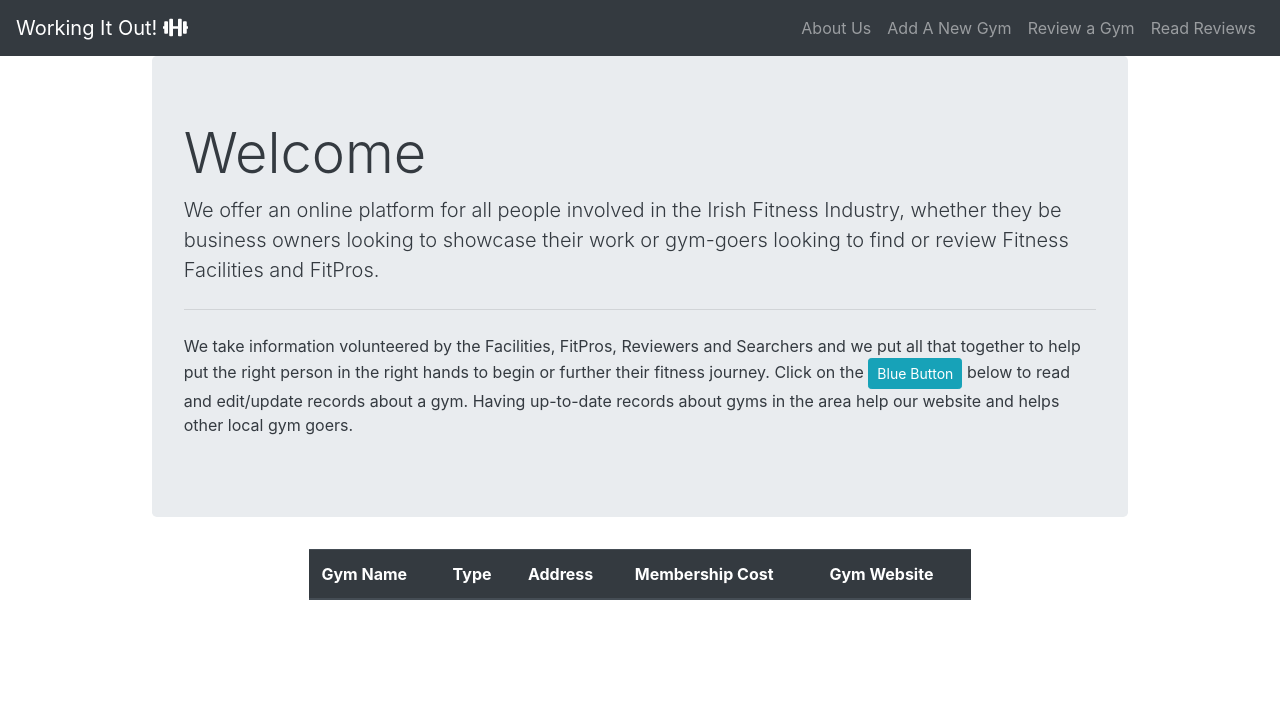
Repository: cgaynor91/Working_It_Out
Page: http://localhost/
The author's editor kept a record of every edit. The page is drawn from the files as they stood at one moment, then again after the next edit.
The browser window is 1280 px wide. The pictures show the whole page.
Some web libraries are served in a nearby version. The page is served by the project's application, run on Flask 3 (app.py). Queries for data that is not in the repository find no rows.

Above is the page before.

After the next edit:
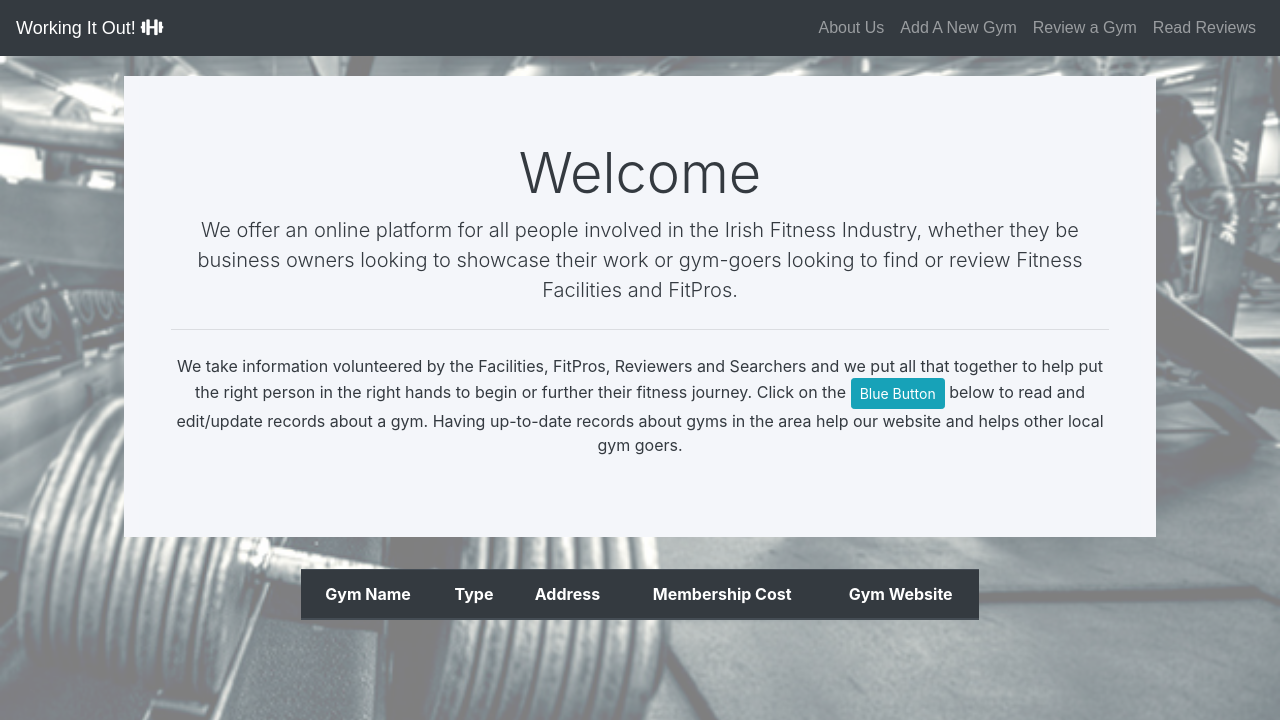
The edit:
--- a/templates/base.html
+++ b/templates/base.html
@@ -4,6 +4,8 @@
 <head>
     <link rel="stylesheet" href="https://stackpath.bootstrapcdn.com/bootstrap/4.4.1/css/bootstrap.min.css">
     <link rel="stylesheet" href="https://cdnjs.cloudflare.com/ajax/libs/font-awesome/5.12.0/css/all.min.css" />
+    <link rel="stylesheet" href="{{ url_for('static', filename='css/style.css') }}" type="text/css" />
+    <title>Working It Out!</title>
 </head>
 
 <body>
